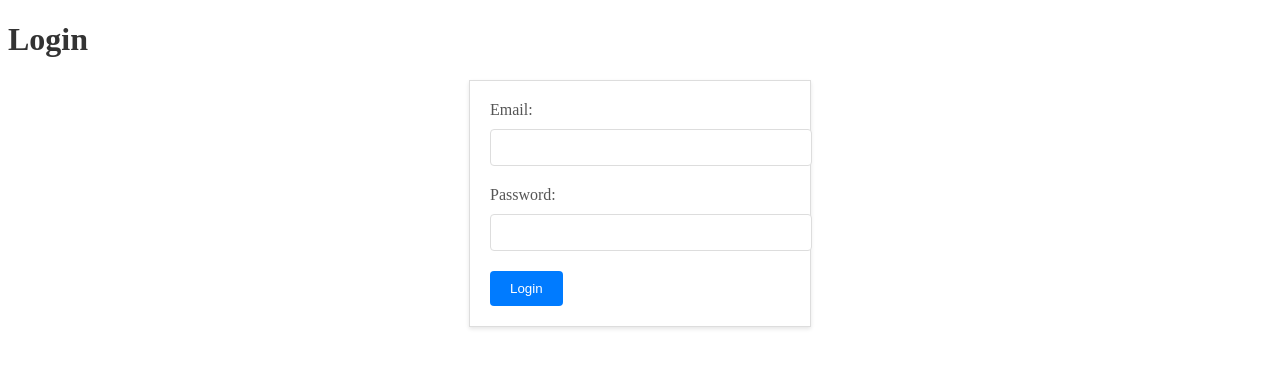
Repository: TemoshoS/User-Profile
Page: http://localhost/login
An editor plug-in stored every save of this project. The page is shown before and after the next save, followed by the edit.
The browser window is 1280 px wide. The pictures show the whole page.
The page is served by the project's Node server (app.js).

Above is the page before, as saved 2023-08-01 15:02:05.

### views/login.ejs
<!DOCTYPE html>
<html>
<head>
  <title>Login Page</title>
  <link rel="stylesheet"  href="style.css">
</head>
<body>
  <h1>Login</h1>
  <form method="post" action="/login">
    <label for="email">Email:</label>
    <input type="email" id="email" name="email" required><br>
    <label for="password">Password:</label>
    <input type="password" id="password" name="password" required><br>
    <button type="submit">Login</button>
  </form>
  <p style="color: red;"><%= message %></p>
</body>
</html>

### app.js
const express = require('express');
const session = require('express-session');
const bodyParser = require('body-parser');
const morgan = require('morgan');
const app = express();
const path = require('path');

// In-memory data store for users (replace this with a real database in production)
const users = [
    {
      id: 1,
      username: 'user1',
      email: 'test@gmail.com',
      password: '12345678',
      images: ['hotel-1979406.jpg', 'room-2269594.jpg', 'villa-1737168.jpg'],
      videos: ['video1.mp4', 'video2.mp4', 'video3.mp4'],
    },

    {
        id: 2,
        username: 'user2',
        email: 'test2@gmail.com',
        password: '12345678',
        images: ['hotel-1979406.jpg', 'room-2269594.jpg', 'villa-1737168.jpg'],
        videos: ['video1.mp4', 'video2.mp4', 'video3.mp4'],
      },

      {
        id: 3,
        username: 'user3',
        email: 'test3@gmail.com',
        password: '12345678',
        images: ['hotel-1979406.jpg', 'room-2269594.jpg', 'villa-1737168.jpg'],
        videos: ['video1.mp4', 'video2.mp4', 'video3.mp4'],
      },

  ];


app.set('view engine', 'ejs');
// Middleware
app.use(express.static(path.join(__dirname, 'public')));

app.use(morgan('dev'));

app.use(session({
  secret: 'your_secret_key',
  resave: false,
  saveUninitialized: true,
}));

app.use(bodyParser.urlencoded({ extended: true }));


function requireLogin(req, res, next) {
  if (req.session && req.session.user) {
    return next();
  } else {
    return res.redirect('/login');
  }
}
console.log('Start');
app.get('/', requireLogin, (req, res) => {
  res.redirect('/dashboard');
});

app.get('/login', (req, res) => {
  res.render('login', { message: '' });
});

//asynchronous login function
function performLogin(email, password) {
  return new Promise((resolve, reject) => {
    setTimeout(() => {
      const user = users.find(user => user.email === email && user.password === password);
      if (user) {
        resolve(user);
      } else {
        reject(new Error('Invalid credentials'));
      }
    }, 1000);
  });
}

app.post('/login', async (req, res) => {
    const { email, password } = req.body;

    try {
      const user = await performLogin(email, password);
      req.session.user = user;
      res.redirect('/dashboard');
    } catch (error) {
      res.render('login', { message: 'Invalid credentials, please try again.' });
    }
  });


  app.get('/dashboard', requireLogin, (req, res) => {
    getUserImages(req.session.user.id)
      .then((userImages) => {
        getUserVideos(req.session.user.id)
          .then((userVideos) => {
            console.log('User Images:', userImages);
            console.log('User Videos:', userVideos);
            res.render('dashboard', { user: req.session.user, images: userImages, videos: userVideos });
          })
          .catch((error) => {
            console.log('Error fetching user videos:', error);
            res.render('dashboard', { user: req.session.user, images: userImages, videos: [] });
          });
      })
      .catch((error) => {
        console.log('Error fetching user images:', error);
        res.render('dashboard', { user: req.session.user, images: [], videos: [] });
      });
  });



  function getUserImages(userId) {
    return new Promise((resolve, reject) => {

      const user = users.find(user => user.id === userId);
      if (user) {
        resolve(user.images || []);
      } else {
        reject(new Error('User not found'));
      }
    });
  }

  function getUserVideos(userId) {
    return new Promise((resolve, reject) => {

      const user = users.find(user => user.id === userId);
      if (user) {

        setTimeout(()=>{

             resolve(user.videos || []);
        },5000)

      } else {
        reject(new Error('User not found'));
      }
    });
  }

app.get('/logout', (req, res) => {
  req.session.destroy((err) => {
    if (err) {
      console.log(err);
    }
    res.redirect('/login');
  });
});




const port = 3000;
app.listen(port, () => {
  console.log(`Server running on port ${port}`);
});

### public/style.css


  h1 {
    color: #333;
  }

  form {
    margin: 20px auto;
    padding: 20px;
    max-width: 300px;
    background-color: #fff;
    border: 1px solid #ddd;
    box-shadow: 0 2px 4px rgba(0, 0, 0, 0.1);
  }

  label {
    display: block;
    margin-bottom: 10px;
    color: #555;
  }

  input {
    width: 100%;
    padding: 10px;
    margin-bottom: 20px;
    border: 1px solid #ddd;
    border-radius: 4px;
  }

  button {
    background-color: #007bff;
    color: #fff;
    border: none;
    padding: 10px 20px;
    border-radius: 4px;
    cursor: pointer;
  }

  p {
    color: red;
  }

After the next save:
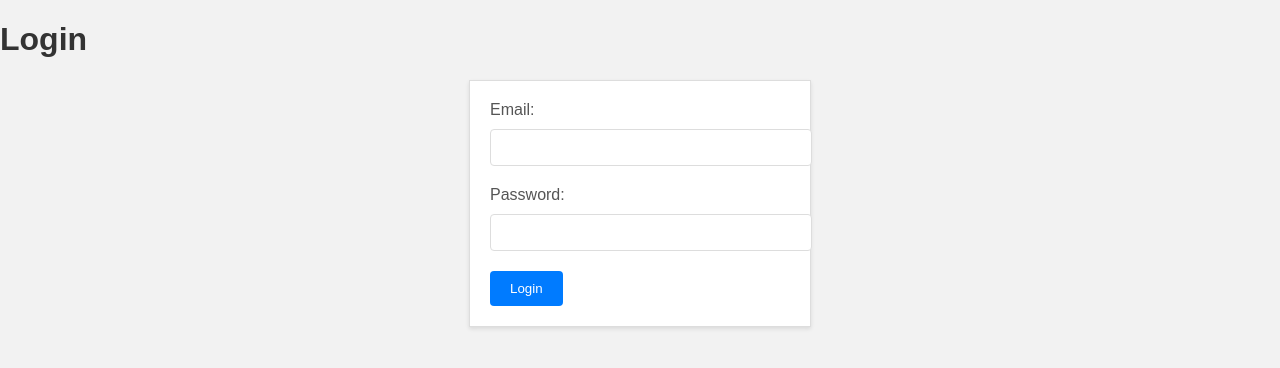
Saved 44 s later.
--- a/public/style.css
+++ b/public/style.css
@@ -1,4 +1,10 @@
-
+/* CSS for the login page */
+body {
+    font-family: Arial, sans-serif;
+    background-color: #f2f2f2;
+    margin: 0;
+    padding: 0;
+  }
 
   h1 {
     color: #333;
